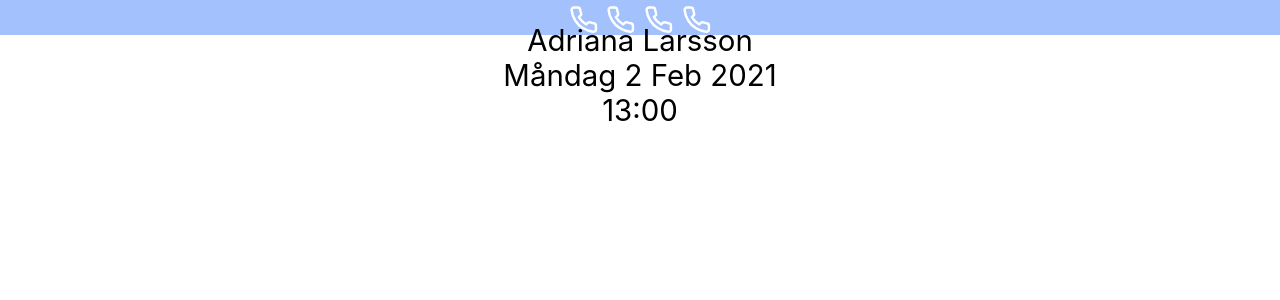
Repository: AdrianaLarsson/learning-react-adriana
Page: /
The author's editor kept a copy of each file at every save. The page is drawn from the files as they stood at one save, then again after a run of saves.
The browser window is 1280 px wide. The pictures show the whole page.
The project was rebuilt for these pictures with package versions that can differ from the ones it lists, and the page was loaded fresh each time. Also part of the build but not shown: src/components/pixiLearn/pixi-learning.js, src/components/pixiLearn/reactTimline/timelinegant.js.

Above is the page before, as saved 2021-02-17 13:29:58.

After the next 2 saves:
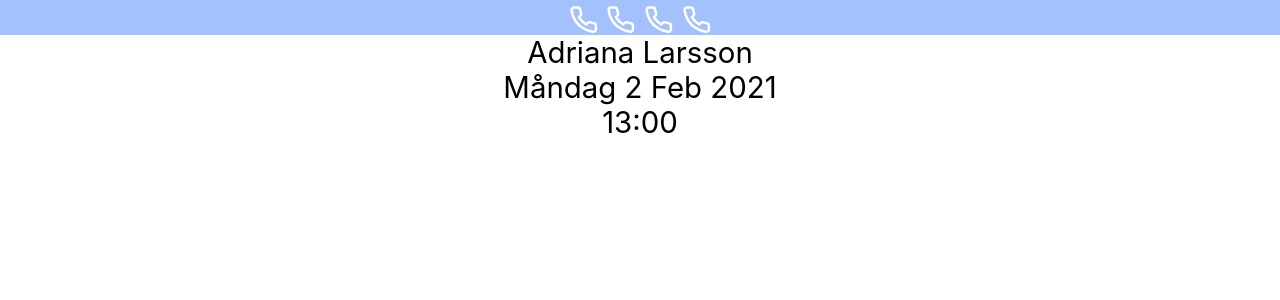
The 2 saves are shown as one change because they came seconds apart.
The last was saved 27 s later.
--- a/src/App.css
+++ b/src/App.css
@@ -21,7 +21,7 @@
   align-items: center;
   font-size: calc(15px + 2vmin);
   color: rgb(0, 0, 0);
-  display: inline-flex;
+  display: inline;
   flex-direction: row;
 
 
